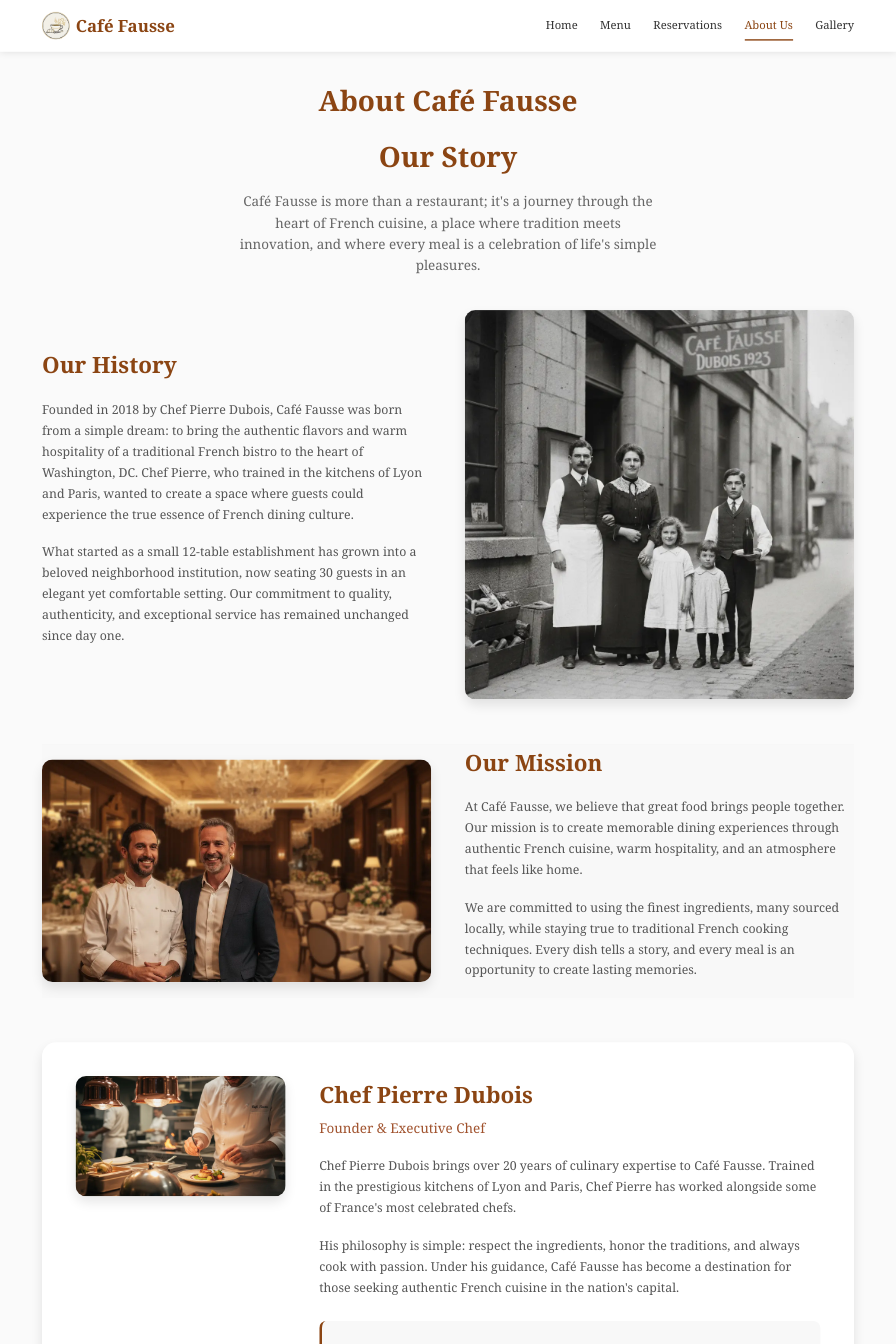
Repository: MatVanDenArt/MSSE-Cafe-Fausse
Page: /about (app in frontend/)
These files come from the project's save history. The page is drawn as it stood at one moment and after a run of saves; the edit follows.
The browser window is 1280 px wide. The pictures show the part of the page from y = 0 to 1920 px (the page is 3705 px tall before and 3758 px after), at 70% of full size.
The project was rebuilt for these pictures with package versions that can differ from the ones it lists, and the page was loaded fresh each time. Also part of the build but not shown: frontend/src/pages/Home.css, frontend/src/pages/Home.js, frontend/src/pages/Menu.css, frontend/src/pages/Menu.js, frontend/src/pages/Reservations.css, frontend/src/pages/Reservations.js, frontend/src/pages/Gallery.css, frontend/src/pages/Gallery.js.

Above is the page before, as saved 2025-10-26 14:59:47.

After the next 2 saves:
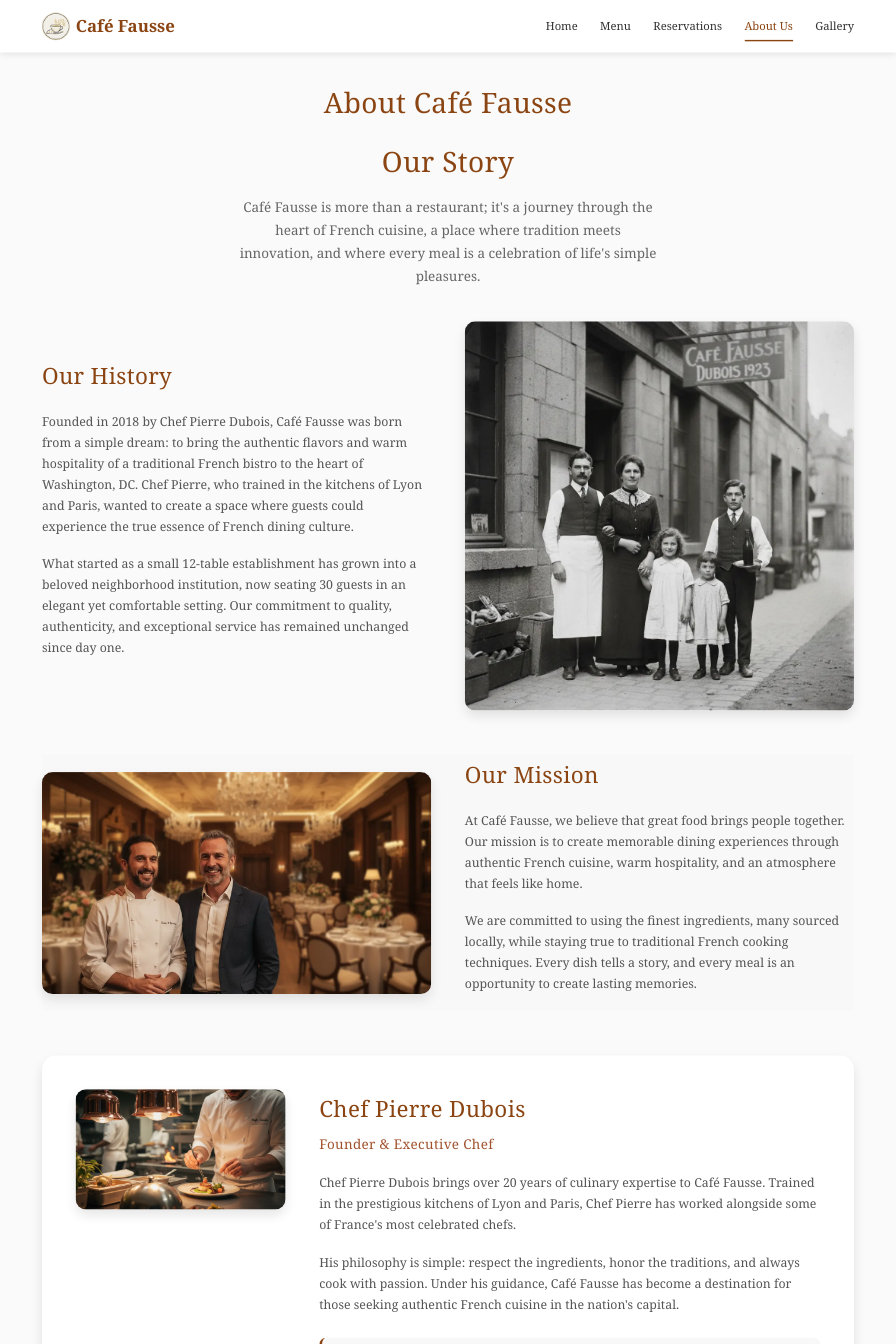
The 2 saves are shown as one change because they came seconds apart.
The last was saved 8 s later.
--- a/frontend/src/App.css
+++ b/frontend/src/App.css
@@ -8,10 +8,11 @@
 @import url("https://fonts.googleapis.com/css2?family=Cormorant+Garamond:ital,wght@0,300;0,400;0,500;0,600;0,700;1,300;1,400;1,500;1,600&family=Cormorant+Upright:wght@300;400;500;600;700&family=EB+Garamond:ital,wght@0,400;0,500;0,600;0,700;0,800;1,400;1,500;1,600&display=swap");
 
 body {
-  font-family: "Crimson Text", "Georgia", "Times New Roman", serif;
-  line-height: 1.6;
+  font-family: "EB Garamond", "Crimson Text", "Georgia", "Times New Roman", serif;
+  line-height: 1.7;
   color: #333;
   background-color: #fafafa;
+  font-weight: 400;
 }
 
 .App {
@@ -32,9 +33,10 @@ h3,
 h4,
 h5,
 h6 {
-  font-family: "Playfair Display", "Georgia", "Times New Roman", serif;
-  font-weight: 600;
-  margin-bottom: 1rem;
+  font-family: "Cormorant Garamond", "EB Garamond", "Georgia", "Times New Roman", serif;
+  font-weight: 500;
+  margin-bottom: 1rem;
+  letter-spacing: 0.5px;
 }
 
 h1 {
